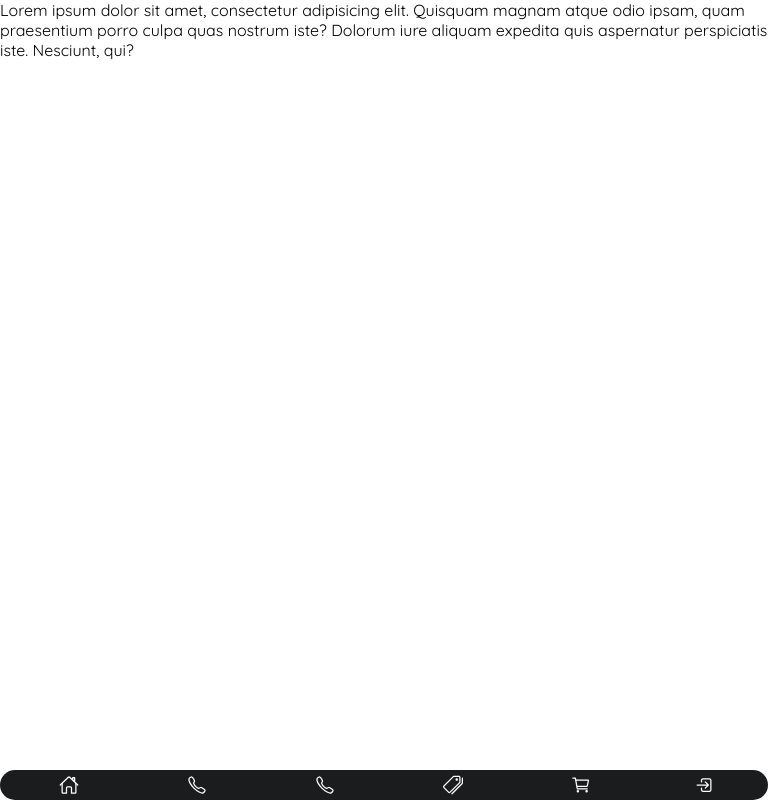
Repository: Fuocmanh/demo
Page: site/nav.html
These files come from the project's save history. The page is drawn as it stood at one moment and after the next save; the edit follows.
The browser window is 768 px wide. The pictures show the whole page.

Above is the page before, as saved 2022-12-30 13:34:52.

After the next save:
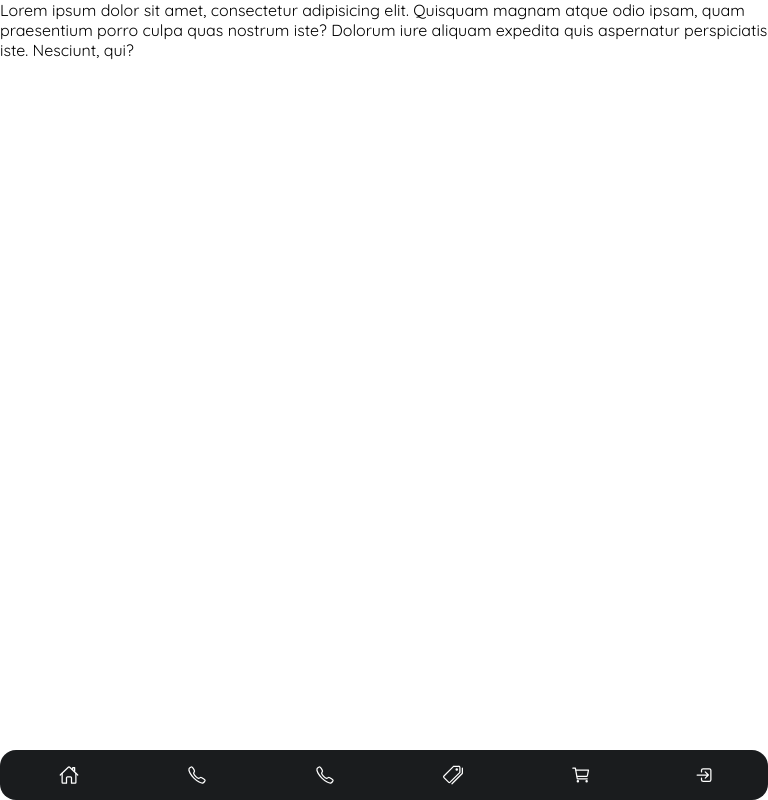
Saved 13 s later.
--- a/css/style.css
+++ b/css/style.css
@@ -117,7 +117,7 @@ body{
         justify-content: center;
         background-color: #1A1C1E;
         width: 100%;
-        height: 30px !important;
+        height: 50px !important;
         padding: 0 5px;
     }
 
